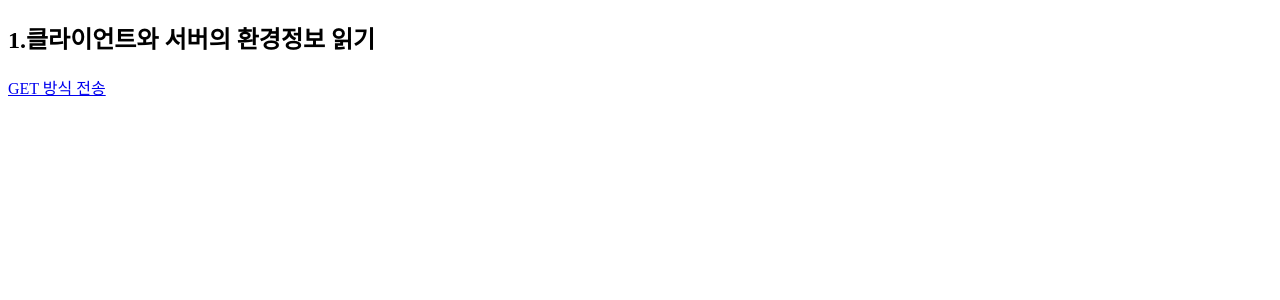
Repository: khs09/JSP_servelet
Page: http://localhost/MustHaveJSP/02ImplicitObject/RequestMain.jsp
The author's editor kept a copy of each file at every save. The page is drawn from the files as they stood at one save, then again after the next save.
The browser window is 1280 px wide. The pictures show the whole page.
The page is served by Tomcat 10. Other server files are loaded and not shown.

Above is the page before, as saved 2025-05-02 05:49:17.

### MustHaveJSP/src/main/webapp/02ImplicitObject/RequestMain.jsp
<%@ page language="java" contentType="text/html; charset=UTF-8"
    pageEncoding="UTF-8"%>
<!DOCTYPE html>
<html>
<head>
<meta charset="UTF-8">
<title>내장 객체 - request</title>
</head>
<body>
	<h2>1.클라이언트와 서버의 환경정보 읽기</h2>
	<a href="./RequestWebInfo.jsp?eng=Hello&han=얀녕">
	  GET 방식 전송
	</a>
	<br />
	<form action='RequestWebInfo.jsp" method="post">
		영어:<input type="text" name="eng" value="Bye"/><br/>
		한글:<input type="text" name="han" value="잘 가"/><br/>
		<input type="submit" value="POST 방식 전송"/>
		</form>
</body>
</html>

After the next save:
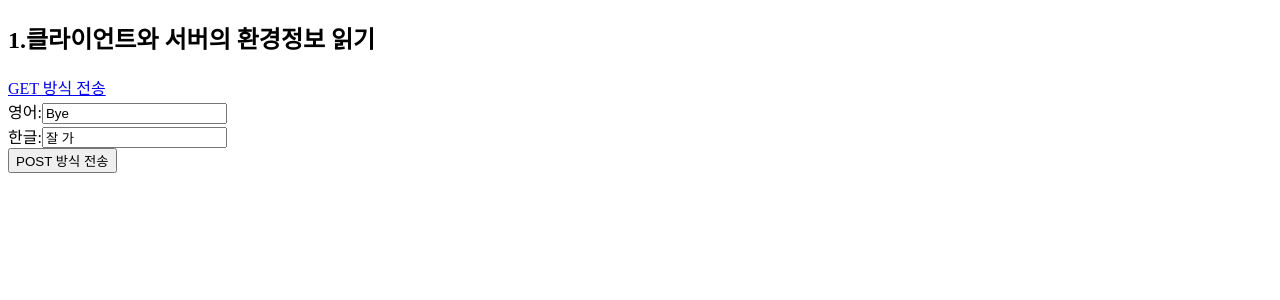
Saved 98 s later.
--- a/MustHaveJSP/src/main/webapp/02ImplicitObject/RequestMain.jsp
+++ b/MustHaveJSP/src/main/webapp/02ImplicitObject/RequestMain.jsp
@@ -12,7 +12,7 @@
 	  GET 방식 전송
 	</a>
 	<br />
-	<form action='RequestWebInfo.jsp" method="post">
+	<form action="RequestWebInfo.jsp" method="post">
 		영어:<input type="text" name="eng" value="Bye"/><br/>
 		한글:<input type="text" name="han" value="잘 가"/><br/>
 		<input type="submit" value="POST 방식 전송"/>
